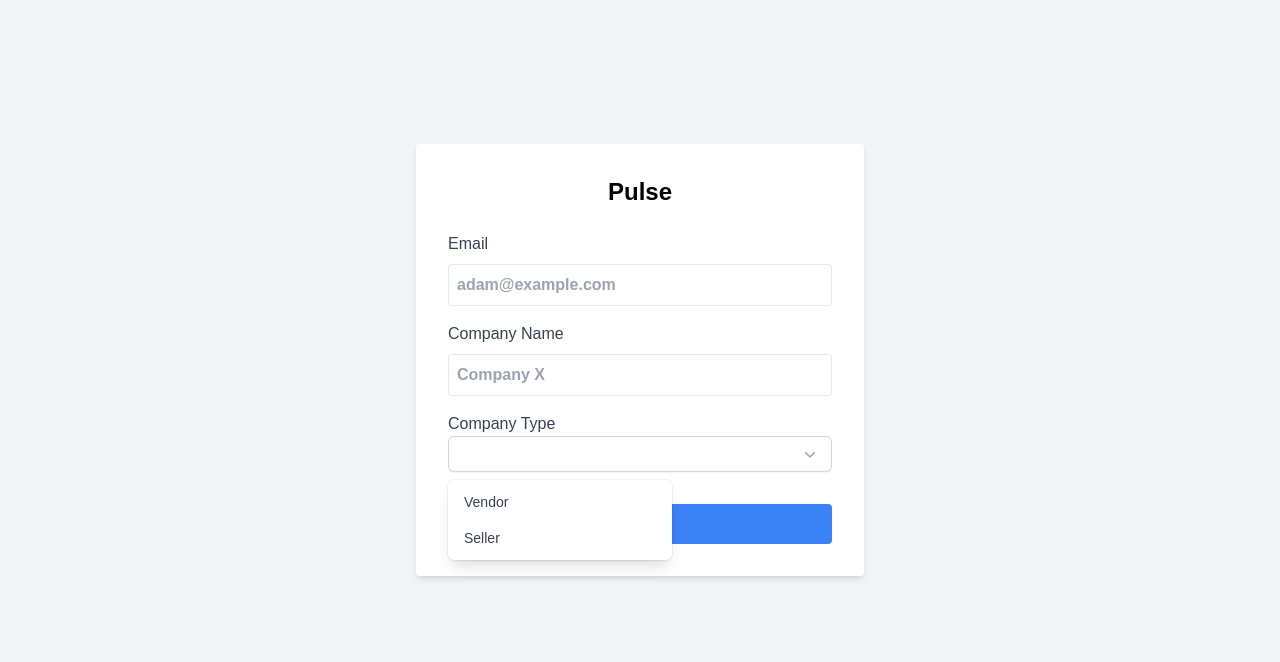
Repository: e-ndorfin/newhacks-2024
Page: / (app in pulse_site/), after clicking the first element matching `#menu-button`
The author's editor kept a copy of each file at every save. The page is drawn from the files as they stood at one save, then again after the next save.
The browser window is 1280 px wide. The pictures show the whole page.
The project was rebuilt for these pictures with package versions that can differ from the ones it lists, and the page was loaded fresh each time. The framework's server and built-in components were replaced by stand-ins that run in the browser. Also part of the build but not shown: pulse_site/next.config.mjs.

Above is the page before, as saved 2024-10-26 20:09:32.

After the next save:
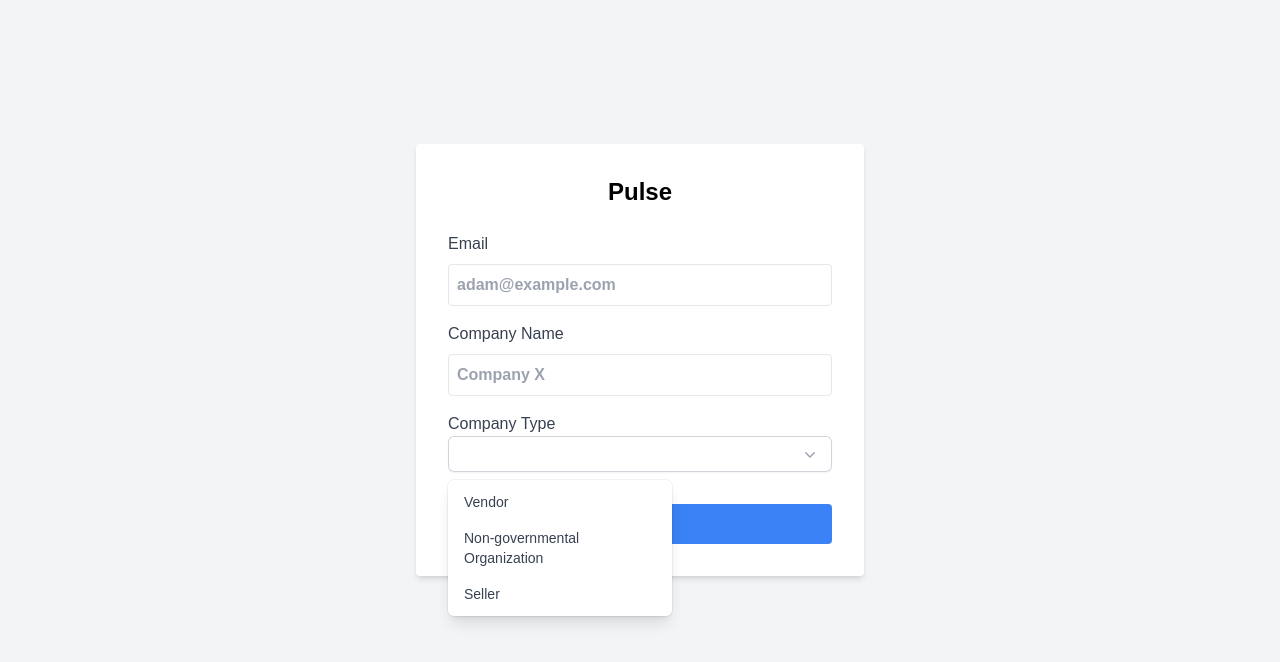
Saved 30 min 38 s later.
--- a/pulse_site/app/page.js
+++ b/pulse_site/app/page.js
@@ -88,18 +88,31 @@ export default function Home() {
 
 
             {isOpen && (
-              <div className="absolute left-0 z-10 mt-2 w-56 origin-top-left divide-y divide-gray-100 rounded-md bg-white shadow-lg ring-1 ring-black ring-opacity-5 focus:outline-none"
-              role="menu" aria-orientation="vertical" aria-labelledby="menu-button">
+              <div
+                className="absolute left-0 z-10 mt-2 w-56 origin-top-left divide-y divide-gray-100 rounded-md bg-white shadow-lg ring-1 ring-black ring-opacity-5 focus:outline-none"
+                role="menu"
+                aria-orientation="vertical"
+                aria-labelledby="menu-button"
+              >
                 <div className="py-1" role="none">
-                  <button onClick={() => handleSelectType('vendor')} className="block px-4 py-2 text-sm text-gray-700 w-full text-left" role="menuitem">
-                    Vendor
-                  </button>
-                  <button onClick={() => handleSelectType('seller')} className="block px-4 py-2 text-sm text-gray-700 w-full text-left" role="menuitem">
-                    Seller
-                  </button>
+                  {Object.entries({
+                    vendor: "Vendor",
+                    ngo: "Non-governmental Organization",
+                    seller: "Seller", // You can add more entries here if needed
+                  }).map(([key, value]) => (
+                    <button
+                      key={key} // Use the key as a unique identifier
+                      onClick={() => handleSelectType(key)} // Pass the key to the handler
+                      className="block px-4 py-2 text-sm text-gray-700 w-full text-left"
+                      role="menuitem"
+                    >
+                      {value} {/* Display the value */}
+                    </button>
+                  ))}
                 </div>
               </div>
             )}
+
           </div>
         </div>
 
